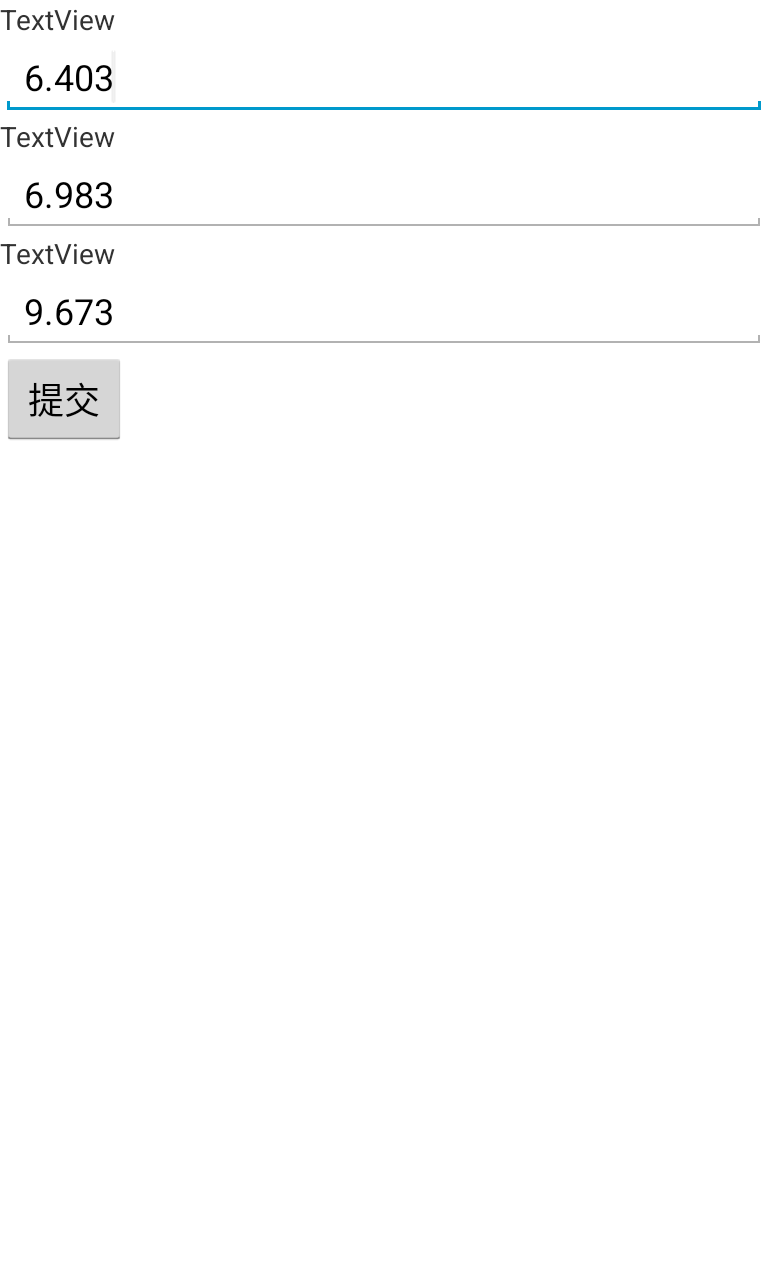
Repository: superlikex/Android_task
Layout: exchange/res/layout/avtivity_set.xml
These files come from the project's save history. The layout is drawn as it stood at one moment and after the next save; the edit follows.
It is drawn on a 768 x 1280 px phone screen (xhdpi) without system bars, with theme AppTheme; the app's code is not run.

Above is the layout before, as saved 2015-12-04 16:52:16.

After the next save:
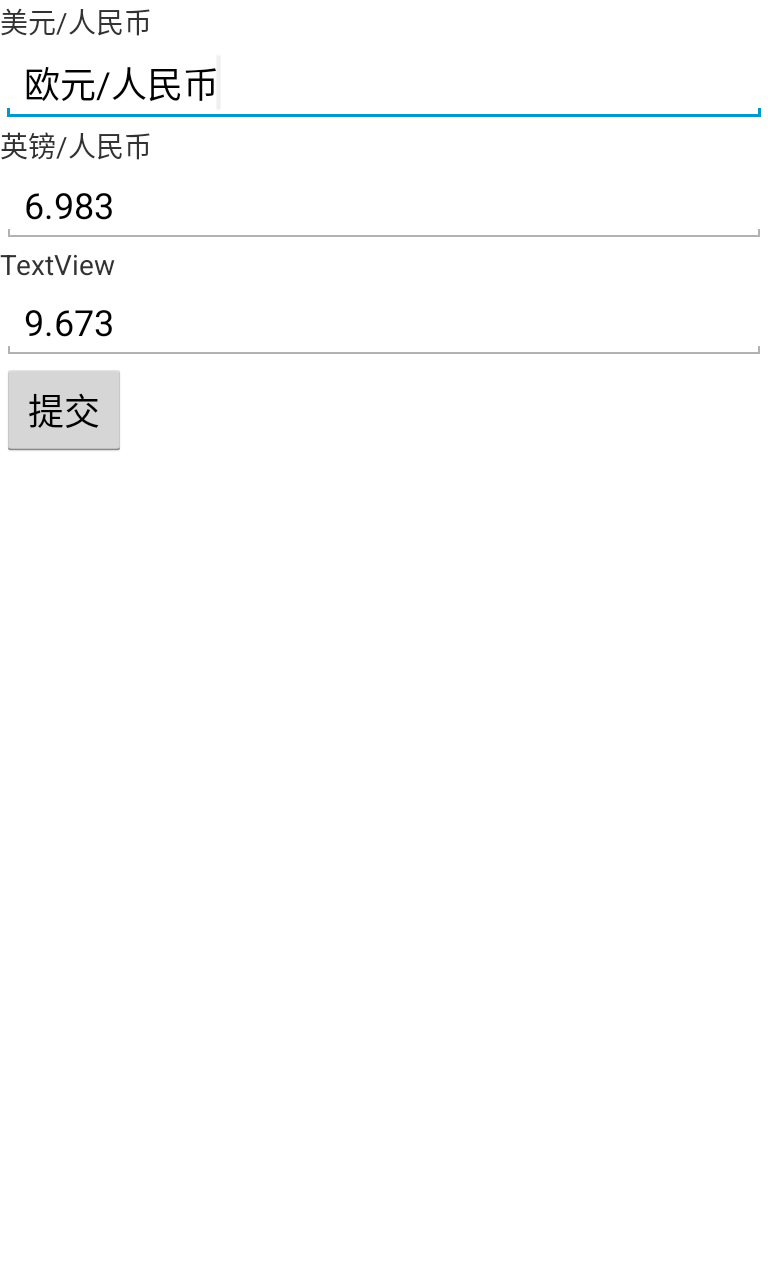
Saved 3 min 4 s later.
--- a/exchange/res/layout/avtivity_set.xml
+++ b/exchange/res/layout/avtivity_set.xml
@@ -8,7 +8,7 @@
         android:id="@+id/textView1"
         android:layout_width="wrap_content"
         android:layout_height="wrap_content"
-        android:text="TextView" />
+        android:text="美元/人民币" />
 
     <EditText
         android:id="@+id/editText1"
@@ -16,7 +16,7 @@
         android:layout_height="wrap_content"
         android:ems="10"
         android:inputType="numberDecimal"
-         android:text="6.403"
+         android:text="欧元/人民币"
         >
 
         <requestFocus />
@@ -26,7 +26,7 @@
         android:id="@+id/textView2"
         android:layout_width="wrap_content"
         android:layout_height="wrap_content"
-        android:text="TextView" />
+        android:text="英镑/人民币" />
 
     <EditText
         android:id="@+id/editText2"
